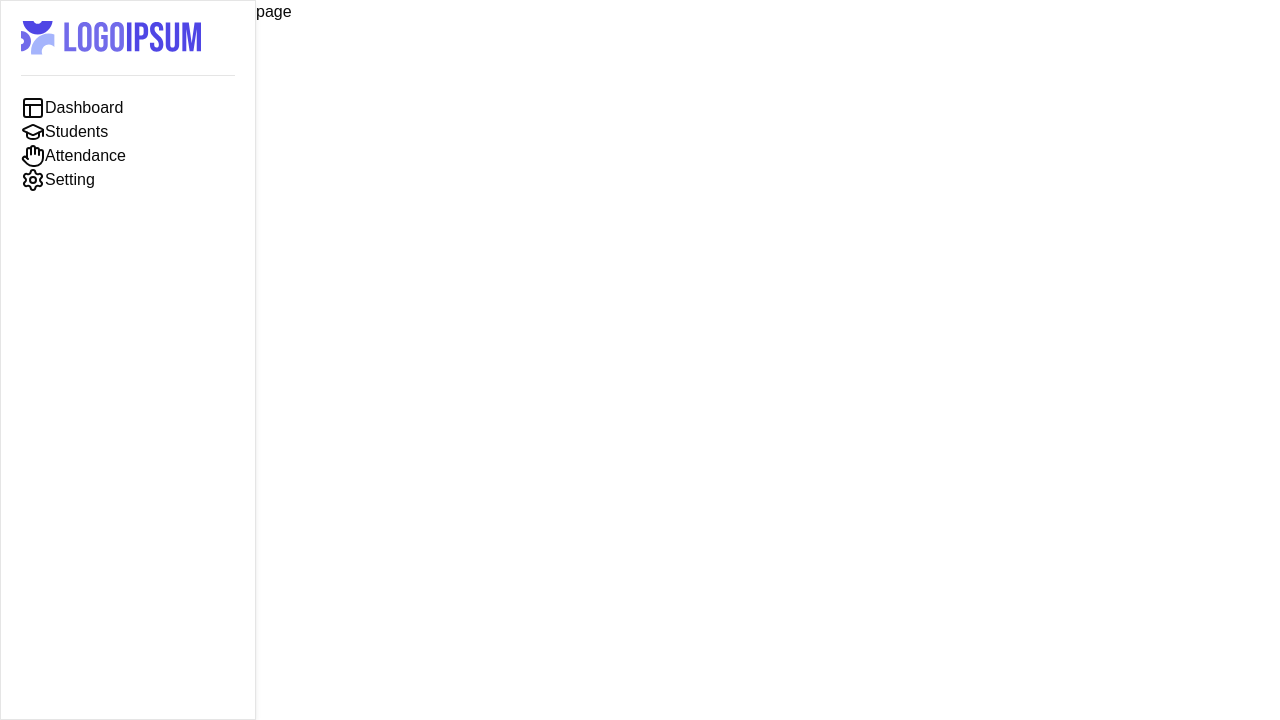
Repository: Essam-iut/SPT
Page: /dashboard
An editor plug-in stored every save of this project. The page is shown before and after a run of saves, followed by the edit.
The browser window is 1280 px wide. The pictures show the whole page.
The project was rebuilt for these pictures with package versions that can differ from the ones it lists, and the page was loaded fresh each time. The framework's server and built-in components were replaced by stand-ins that run in the browser. Also part of the build but not shown: next.config.mjs.

Above is the page before, as saved 2024-11-11 15:11:22.

### app/layout.js
import localFont from "next/font/local";
import "./globals.css";
import { ThemeProvider } from "./ThemeProvider";
const geistSans = localFont({
  src: "./fonts/GeistVF.woff",
  variable: "--font-geist-sans",
  weight: "100 900",
});
const geistMono = localFont({
  src: "./fonts/GeistMonoVF.woff",
  variable: "--font-geist-mono",
  weight: "100 900",
});

export const metadata = {
  title: "Create Next App",
  description: "Generated by create next app",
};

export default function RootLayout({ children }) {
  return (
    <html lang="en">
      <body
        className={`${geistSans.variable} ${geistMono.variable} antialiased`}
      >
        <ThemeProvider
          attribute="class"
          defaultTheme="system"
          enableSystem
          disableTransitionOnChange
        >
          {children}
        </ThemeProvider>
      </body>
    </html>
  );
}

### app/dashboard/layout.js
import React from "react";
import SideNav from "./_component/SideNav";

function layout({ children }) {
  return (
    <div>
      <div className="w-64 fixed md:block"><SideNav/></div>
      <div className="md:ml-64">{children}</div>
    </div>
  );
}

export default layout;

### app/dashboard/page.js
"use client"
import React from 'react'
import { useTheme } from 'next-themes'
import { useEffect } from 'react'
function dashboard() {
    const { setTheme } = useTheme()

    useEffect(() =>{
        setTheme('light')
    },[])

  return (
    <div>page</div>
  )
}

export default dashboard

### app/dashboard/_component/SideNav.jsx
import { GraduationCap, Hand, LayoutIcon, Settings, SettingsIcon } from "lucide-react";
import Image from "next/image";
import React from "react";

function SideNav() {
  const menuList = [
    {
      id: 1,
      name: "Dashboard",
      icon: LayoutIcon,
      Path: "/dashboard"
    },
    {
      id: 2,
      name: "Students",
      icon: GraduationCap,
      Path: "/dashboard/students"
    },
    {
      id: 3,
      name: "Attendance",
      icon: Hand,
      Path: "/dashboard/attendance"
    },
    {
      id: 4,
      name: "Setting",
      icon: Settings,
      Path: "/dashboard/settings"
    }
  ]
  return (
    <div className="border shadow-md h-screen p-5">
      <Image src={"/logo.svg"}
      width={180}
      height={50}
       alt="logo" />
       <hr className="my-5"></hr>
       {menuList.map((menu, index) => (
        <h2 className="flex items-center ">
          <menu.icon/>
          {menu.name}
        </h2>
       ))}


    </div>
  );
}

export default SideNav;

### tailwind.config.js
/** @type {import('tailwindcss').Config} */
module.exports = {
    darkMode: ["class"],
    content: [
    "./pages/**/*.{js,ts,jsx,tsx,mdx}",
    "./components/**/*.{js,ts,jsx,tsx,mdx}",
    "./app/**/*.{js,ts,jsx,tsx,mdx}",
  ],
  theme: {
  	extend: {
  		colors: {
  			background: 'hsl(var(--background))',
  			foreground: 'hsl(var(--foreground))',
  			card: {
  				DEFAULT: 'hsl(var(--card))',
  				foreground: 'hsl(var(--card-foreground))'
  			},
  			popover: {
  				DEFAULT: 'hsl(var(--popover))',
  				foreground: 'hsl(var(--popover-foreground))'
  			},
  			primary: {
  				DEFAULT: '#4845D2',
  				foreground: 'hsl(var(--primary-foreground))'
  			},
  			secondary: {
  				DEFAULT: 'hsl(var(--secondary))',
  				foreground: 'hsl(var(--secondary-foreground))'
  			},
  			muted: {
  				DEFAULT: 'hsl(var(--muted))',
  				foreground: 'hsl(var(--muted-foreground))'
  			},
  			accent: {
  				DEFAULT: 'hsl(var(--accent))',
  				foreground: 'hsl(var(--accent-foreground))'
  			},
  			destructive: {
  				DEFAULT: 'hsl(var(--destructive))',
  				foreground: 'hsl(var(--destructive-foreground))'
  			},
  			border: 'hsl(var(--border))',
  			input: 'hsl(var(--input))',
  			ring: 'hsl(var(--ring))',
  			chart: {
  				'1': 'hsl(var(--chart-1))',
  				'2': 'hsl(var(--chart-2))',
  				'3': 'hsl(var(--chart-3))',
  				'4': 'hsl(var(--chart-4))',
  				'5': 'hsl(var(--chart-5))'
  			}
  		},
  		borderRadius: {
  			lg: 'var(--radius)',
  			md: 'calc(var(--radius) - 2px)',
  			sm: 'calc(var(--radius) - 4px)'
  		}
  	}
  },
  plugins: [require("tailwindcss-animate")],
};

Loaded but not shown: app/globals.css (common file); app/ThemeProvider.js (common file)

After the next 3 saves:
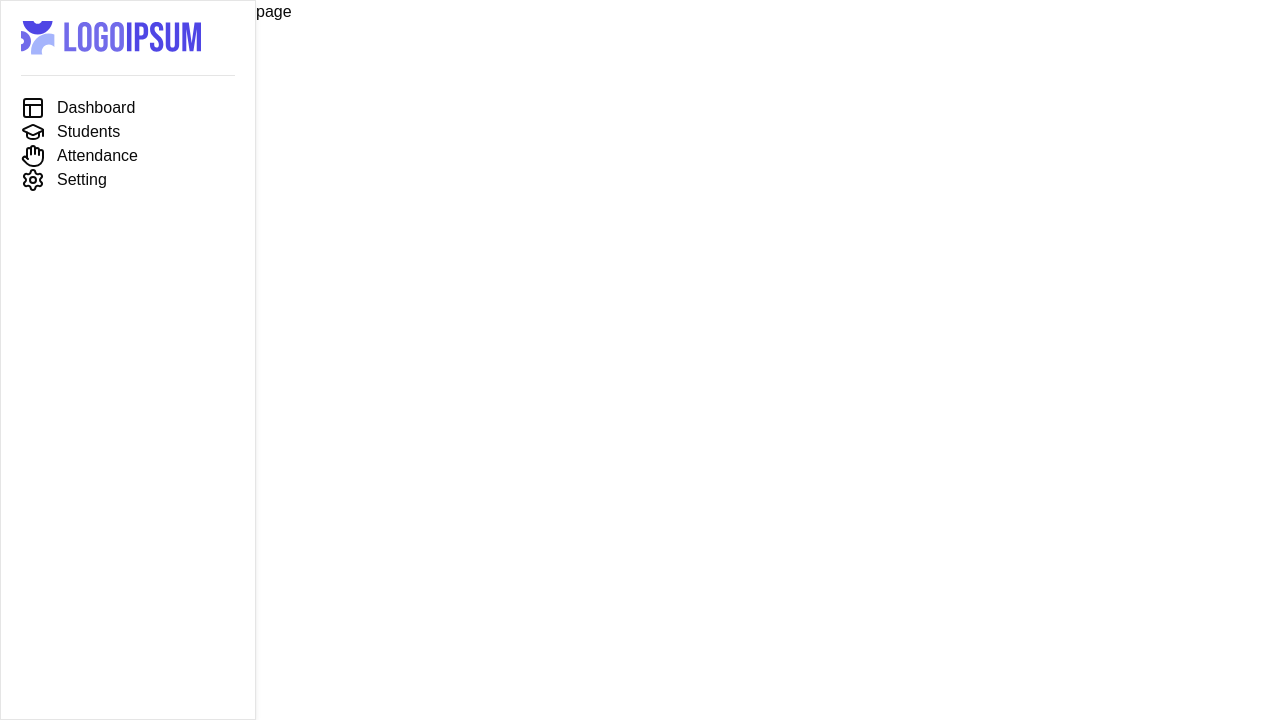
The 3 saves are shown as one change because they came seconds apart.
The last was saved 12 s later.
--- a/app/dashboard/_component/SideNav.jsx
+++ b/app/dashboard/_component/SideNav.jsx
@@ -37,7 +37,7 @@ function SideNav() {
        alt="logo" />
        <hr className="my-5"></hr>
        {menuList.map((menu, index) => (
-        <h2 className="flex items-center ">
+        <h2 className="flex items-center gap-3 text-md ">
           <menu.icon/>
           {menu.name}
         </h2>
